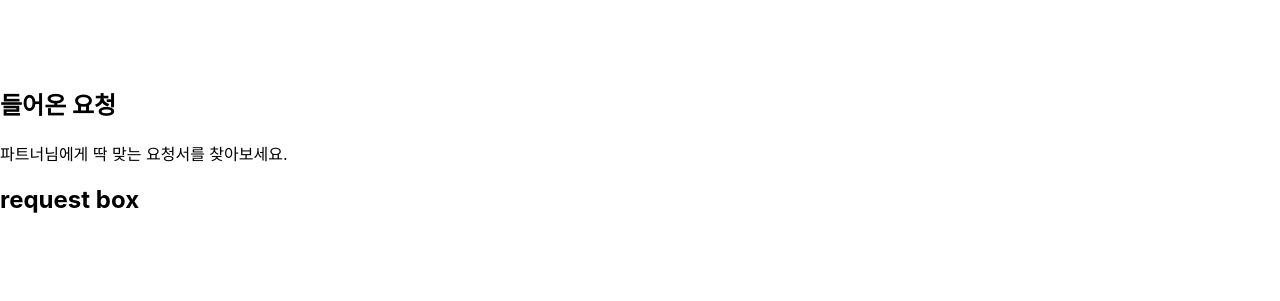
Repository: seoulsaram/capa
Page: /
The author's editor kept a copy of each file at every save. The page is drawn from the files as they stood at one save, then again after the next save.
The browser window is 1280 px wide. The pictures show the whole page.
The project was rebuilt for these pictures with package versions that can differ from the ones it lists, and the page was loaded fresh each time. Also part of the build but not shown: src/App.css, src/components/request_box/request_box.module.css, src/components/item_container/item_container.module.css, src/components/filter/filter.module.css.

Above is the page before, as saved 2021-03-05 17:30:49.

After the next save:
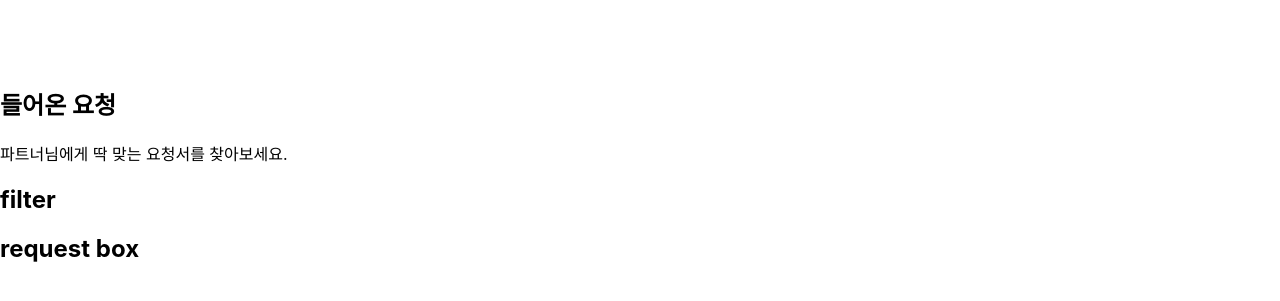
Saved 21 s later.
--- a/src/components/item_container/item_container.js
+++ b/src/components/item_container/item_container.js
@@ -1,4 +1,5 @@
 import React from "react";
+import Filter from "../filter/filter";
 import RequestBox from "../request_box/request_box";
 import styles from "./item_container.module.css";
 
@@ -6,6 +7,7 @@ const ItemContainer = (props) => (
   <section className={styles.section}>
     <h2>들어온 요청</h2>
     <p>파트너님에게 딱 맞는 요청서를 찾아보세요.</p>
+    <Filter />
     <RequestBox />
   </section>
 );
